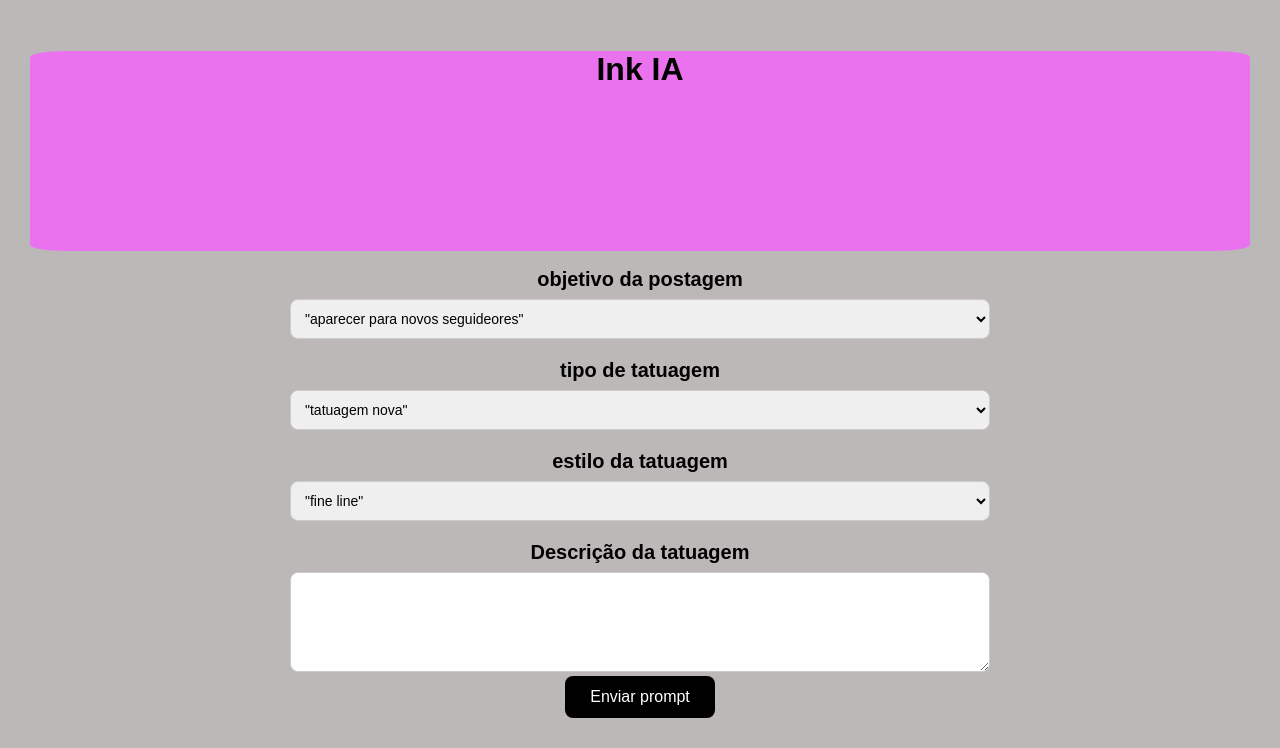
Repository: Ubiratandev/ink_api
Page: ink_IA/ink_ia.html
The author's editor kept a copy of each file at every save. The page is drawn from the files as they stood at one save, then again after the next save.
The browser window is 1280 px wide. The pictures show the whole page.

Above is the page before, as saved 2026-03-25 00:18:17.

### ink_IA/ink_ia.html
<!DOCTYPE html>
<html>
<head>
    <link rel="stylesheet" href="styles.css">
    <title>Ink IA</title>
</head>
<header>
    <h1>Ink IA</h1>
</header>
<body>
   <div class="objetivo">
    <h2>objetivo da postagem</h2>
    <select value = "Objetivo da postagem:" id = "objetivo" onchange={changeObjetivo()}>
    <optgroup>
        <option value = "aparecer para novos seguideores"> "aparecer para novos seguideores"</option>
        <option value = "engajar com pessoas que ja viram as suas postagens">"engajar com pessoas que ja viram as suas postagens"</option>
        <option value = "vender para pessoas que ja engajaram com voce">"vender para pessoas que ja engajaram com voce"</option>
    </optgroup>
   </select>
   <script>
    const changeObjetivo =()=>{
   const objetivo = document.getElementById("objetivo").value;
   }
   </script>
   </div>

   <div class="tipo_tatuagem">


    <h2>tipo de tatuagem</h2>
    <select value = "tipo de tatuagem" id ="tipo" onchange={changeTipo()}>
    <optgroup>
        <option value = "tatuagem nova"> "tatuagem nova"</option>
        <option value = "cobertura">"cobertura"</option>
        <option value = "reforma">"reforma"</option>
    </optgroup>
   </select>
   <script>
   const changeTipo =()=>{
    const tipo = document.getElementById("tipo").value;
   }
   </script>
   </div>



   <div class="estilo">


    <h2>estilo da tatuagem</h2>
    <select value = "estilo da tatuagem" id = "estilo" onchange = {changeEstilo()}>
    <optgroup>
        <option value = "fine line"> "fine line"</option>
        <option value = "realismo preto e cinza">"realismo preto e cinza"</option>
        <option value = "realismo colorido">"realismo colorido"</option>
        <option value = "neotradicional">"neotradicional"</option>

    </optgroup>
   </select>
   <script>
    const changeEstilo = ()=>{
        const estilo = document.getElementById("estilo").value;
    }
   </script>
   </div>

<div>
  <h2>Descrição da tatuagem</h2>

  <textarea id="descricao"></textarea>


  <script>
    let desc = "";

    const descricao = document.getElementById("descricao");

    descricao.addEventListener("input", () => {
      desc = descricao.value;

    });
  </script>
</div>

<script>
    function abrirModal(texto) {
  document.getElementById("conteudoResposta").innerText = texto;
  document.getElementById("modal").style.display = "block";
}

function fecharModal() {
  document.getElementById("modal").style.display = "none";
}
</script>

    <div id="modal" style="display:none; position:fixed; top:0; left:0; width:100%; height:100%; background:rgba(0,0,0,0.6);">

  <div style="background:white; padding:20px; margin:10% auto; width:60%; border-radius:10px;">

    <button onclick="fecharModal()">X</button>

    <h3>Resultado</h3>
    <p id="conteudoResposta"></p>

  </div>

</div>


   <div>
<button onclick="enviarPrompt()">Enviar prompt</button>
   <script>
    const enviarPrompt =()=>{
        let prompt = `Você é um especialista em marketing para tatuadores.

Crie uma legenda para Instagram com base EXCLUSIVAMENTE nas informações abaixo:

Descrição: ${desc}
Tipo: ${tipo}
Estilo: ${estilo}
Objetivo: ${objetivo}

REGRAS IMPORTANTES:
- NÃO invente elementos que não estão na descrição
- NÃO substitua palavras por sinônimos (ex: borboleta ≠ mariposa)
- Use exatamente os conceitos fornecidos
- Seja fiel à descrição
- Não adicione nada que não seja referente a postagem, nem comentarios nem observações

A legenda deve:
- Ser envolvente e natural
- Conversar com o público de tatuagem
- Incluir um CTA sutil

Inclua também:
- 10 hashtags relevantes BASEADAS SOMENTE na descrição

Formato:

Legenda:
CTA:
Hashtags:`
enviar(prompt)
    }
   </script>
   </div>

   <script>
    async function enviar(prompt) {

  const response = await fetch("http://localhost:5000/gerar", {
    method: "POST",
    headers: {
      "Content-Type": "application/json"
    },
    body: JSON.stringify({
      prompt: prompt
    })
  });

  const data = await response.json();
abrirModal(data.resposta);
  console.log(data.resposta);

}
   </script>
</body>
</html>

### ink_IA/styles.css
/* RESET básico */
header {
  margin: auto;
  height:200px;
  font-family: Arial, sans-serif;
  background: #eb72ef;
  justify-content:center;
  align-items:center;
  text-align:center;
  border-radius:3%;



}

body {
  margin: 0;
  padding: 15px;
  font-family: Arial, sans-serif;
  background: #bcb8b8;
  justify-content:center;
  align-items:center;
  text-align:center;


}

/* títulos */
h2 {
  font-size: 18px;
  margin-bottom: 8px;
}

/* containers */
.objetivo,
.tipo_tatuagem,
.estilo,
div {
  margin-bottom: 20px;
}

/* inputs */
select,
textarea {
  width: 100%;
  padding: 10px;
  border-radius: 8px;
  border: 1px solid #ccc;
  font-size: 14px;
  box-sizing: border-box;
}

/* textarea */
textarea {
  min-height: 100px;
  resize: vertical;
}

/* botão */
button {
  width: 100%;
  padding: 12px;
  background: black;
  color: white;
  border: none;
  border-radius: 8px;
  font-size: 16px;
  cursor: pointer;
  margin:auto;
}

button:hover {
  background: #333;
}

/* MODAL */
#modal {
  display: none;
  position: fixed;
  top: 0;
  left: 0;
  width: 100%;
  height: 100%;
  background: rgba(0,0,0,0.6);
}

#modal .box {
  background: white;
  padding: 20px;
  margin: 20% auto;
  width: 90%;
  border-radius: 10px;
  max-height: 70vh;
  overflow-y: auto;
}

/* texto do modal */
#conteudoResposta {
  white-space: pre-line;
  font-size: 14px;
  line-height: 1.5;
}

/* botão fechar */
#modal button {
  width: auto;
  background: red;
  margin-bottom: 10px;
}



@media (min-width: 768px) {

  body {
    padding: 30px;
  }

  /* centraliza layout */
  body > div {
    max-width: 700px;
    margin: auto;
  }

  button {
    width: auto;
    padding: 12px 25px;
  }

  #modal .box {
    width: 60%;
    margin: 10% auto;
  }

  h2 {
    font-size: 20px;
  }
}

After the next save:
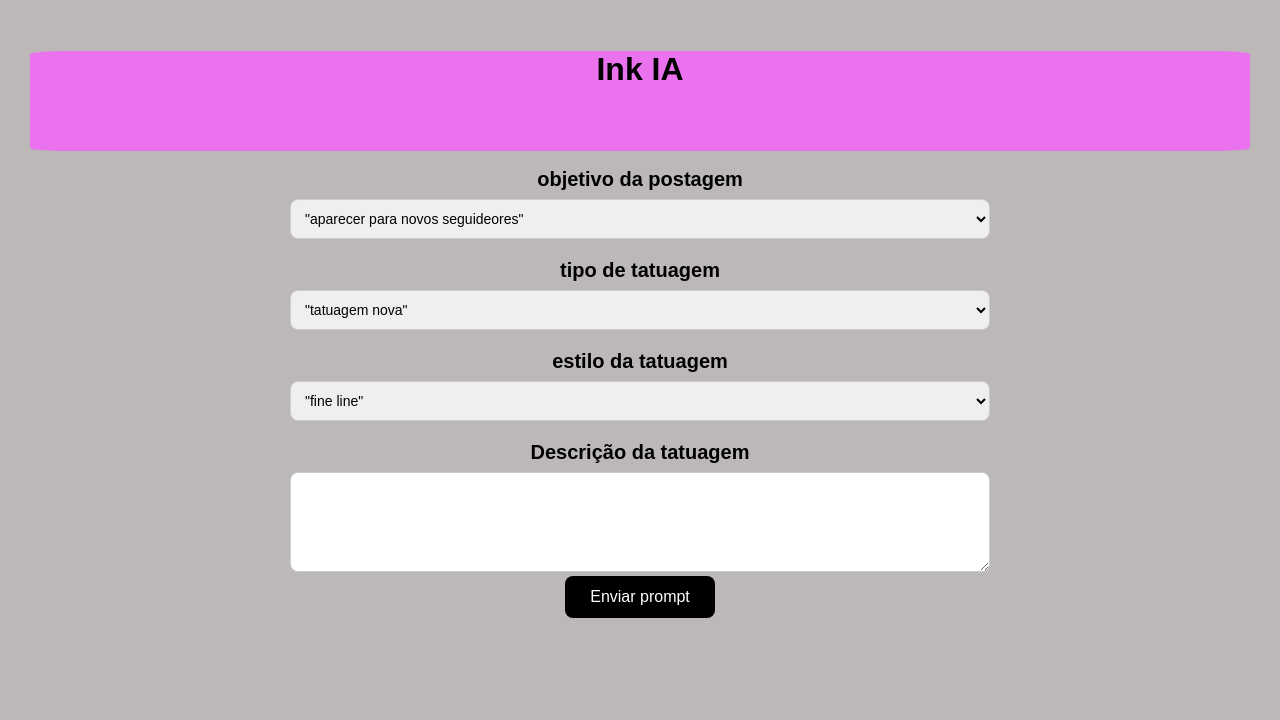
Saved 20 s later.
--- a/ink_IA/styles.css
+++ b/ink_IA/styles.css
@@ -1,7 +1,7 @@
 /* RESET básico */
 header {
   margin: auto;
-  height:200px;
+  height:100px;
   font-family: Arial, sans-serif;
   background: #eb72ef;
   justify-content:center;

After the save that followed:
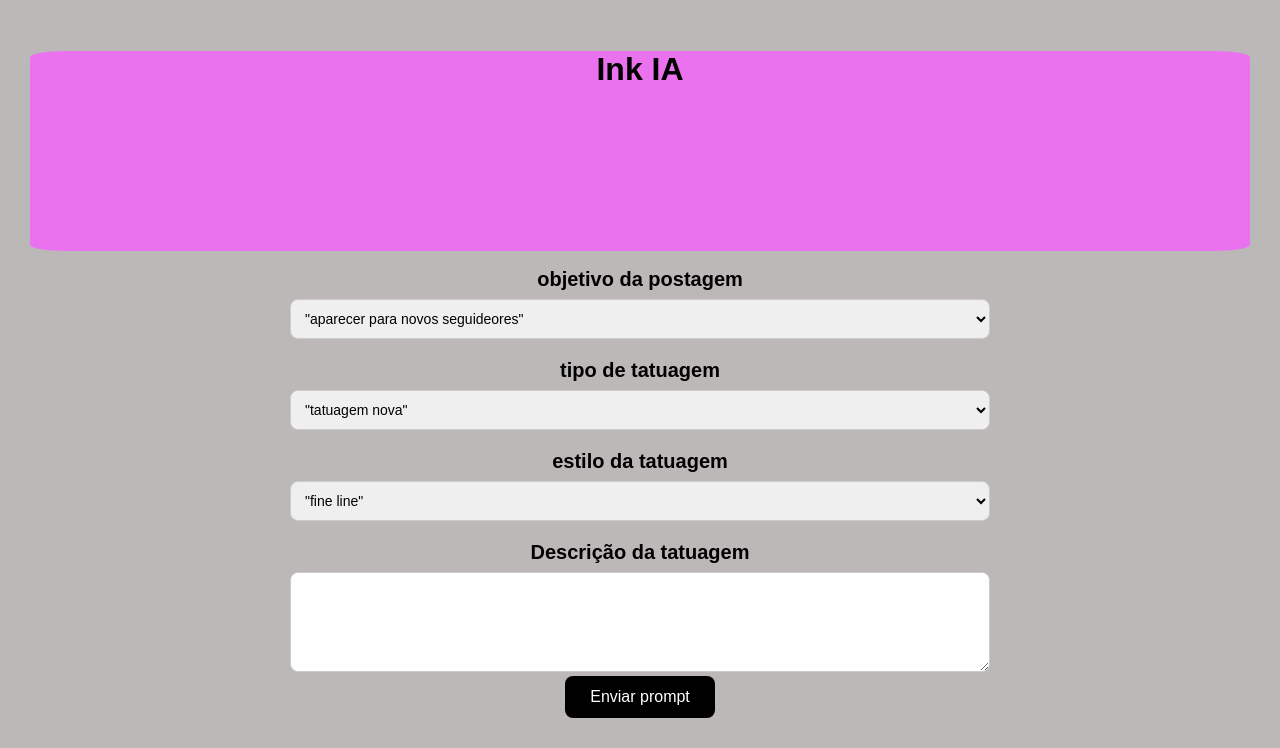
Saved 14 s later.
--- a/ink_IA/styles.css
+++ b/ink_IA/styles.css
@@ -1,7 +1,7 @@
 /* RESET básico */
 header {
   margin: auto;
-  height:100px;
+  height:200px;
   font-family: Arial, sans-serif;
   background: #eb72ef;
   justify-content:center;
